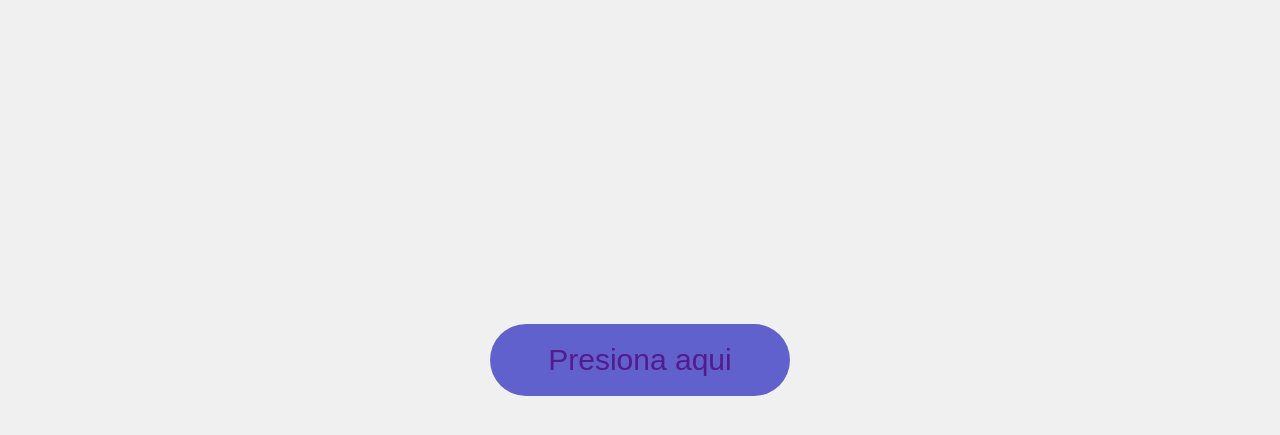
Repository: ye909/secreto
Page: inicio.html
The author's editor kept a copy of each file at every save. The page is drawn from the files as they stood at one save, then again after the next save.
The browser window is 1280 px wide. The pictures show the whole page.

Above is the page before, as saved 2025-02-20 21:36:36.

### inicio.html
<!DOCTYPE html>
<html>
<head>
<title>Amigo Secreto 3D</title>
<link rel="stylesheet" href="inicio.css">
</head>
<body>

          <div class="container">
            <h1 id="message">¡Bienvenido al Juego del Amigo Secreto!</h1>
        </div>
    <button id="btn"><a href="">Presiona aqui</a></button>

  <script src="inicio.js"></script>
</body>
</html>

### inicio.css
body, html {
    height: 100%;
    margin: 0;
    display: flex;
    justify-content: center;
    align-items: center;
    background-color: #f0f0f0;
    font-family: Arial, sans-serif;
}

.container {
    text-align: center;
}

#message {
    font-size: 2em;
    color: #333;
    opacity: 0;
    transform: translateY(-20px);
    animation: fadeIn 1s ease-out forwards;
}

@keyframes fadeIn {
    to {
        opacity: 1;
        transform: translateY(0);
    }
}
a{
    text-decoration: none;
    list-style: none;
}
#btn{
    display: none;
    width: 300px;
    height: 10vh;
    background: rgb(97, 97, 205);
    border-radius: 60px;
    font-size: 30px;
    border:none;
}
#btn:hover{
    background: blue;
    box-shadow: rgb(11, 11, 11) 4px 3px 4px 3px ;

}

### inicio.js
// script.js
document.addEventListener('DOMContentLoaded', function() {
    setTimeout(function() {
        document.getElementById('message').style.display = 'none';
        document.getElementById('btn').style.display = 'inline';
    }, 3000);


});

After the next save:
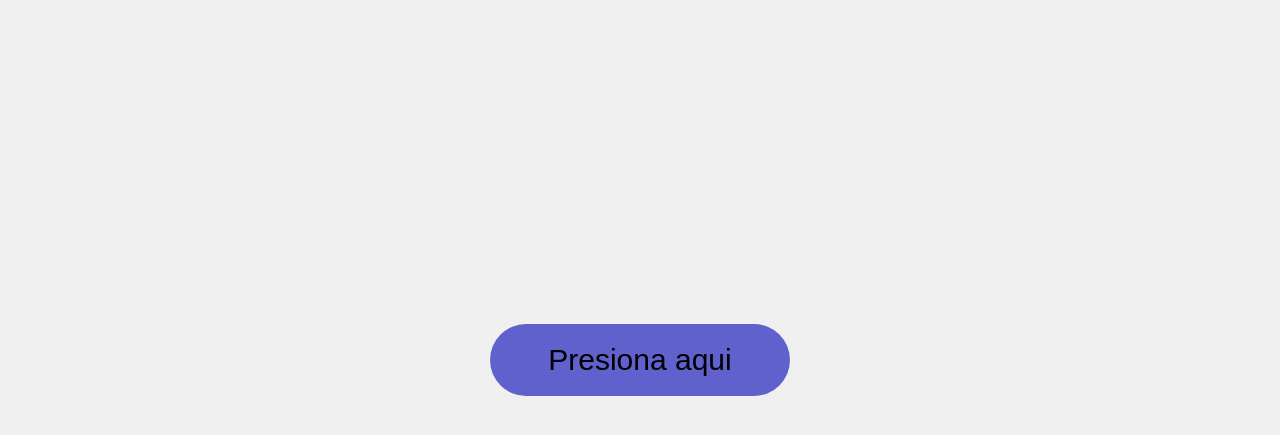
Saved 15 s later.
--- a/inicio.css
+++ b/inicio.css
@@ -29,6 +29,7 @@ body, html {
 a{
     text-decoration: none;
     list-style: none;
+    color:black;
 }
 #btn{
     display: none;
